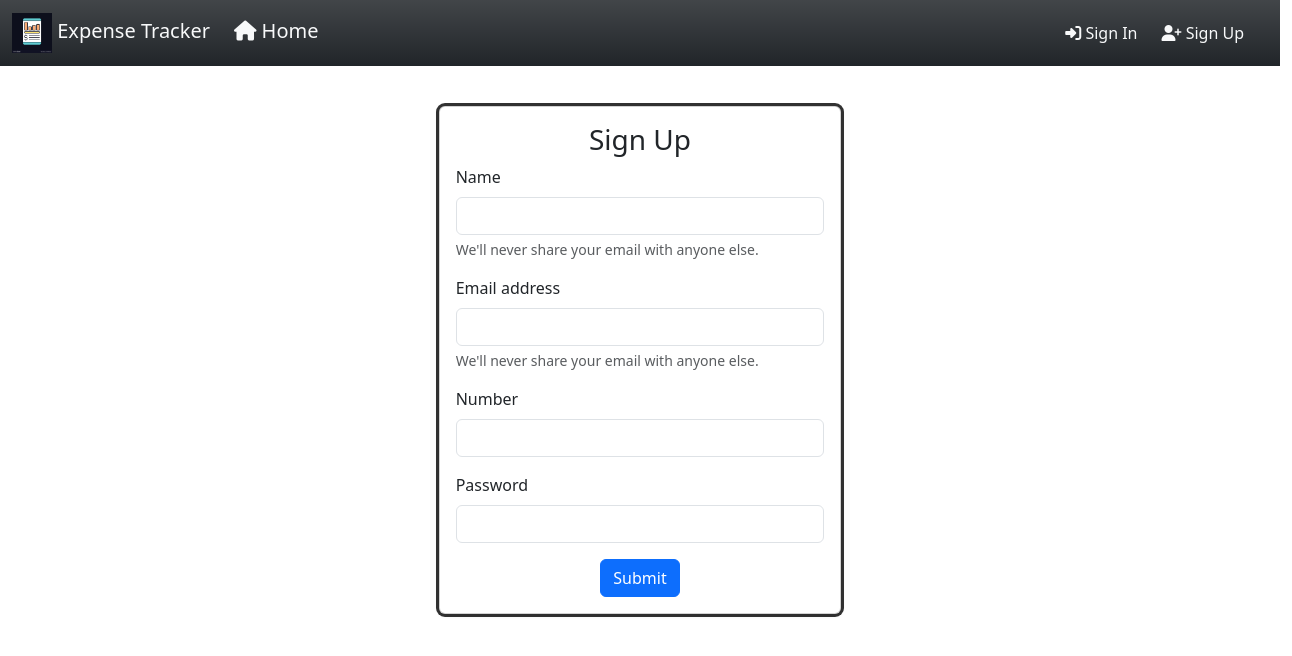
Repository: Gaurav560/OnlineExpenseTracker
Page: http://localhost/Online_Expense_Tracker/login.jsp
These files come from the project's save history. The page is drawn as it stood at one moment and after the next save; the edit follows.
The browser window is 1280 px wide. The page is 1292 px wide, so the pictures cover 1292 px, including what lies to the right of the window. The pictures show the whole page.
The page is served by Tomcat 9.

Above is the page before, as saved 2023-05-04 15:04:14.

After the next save:
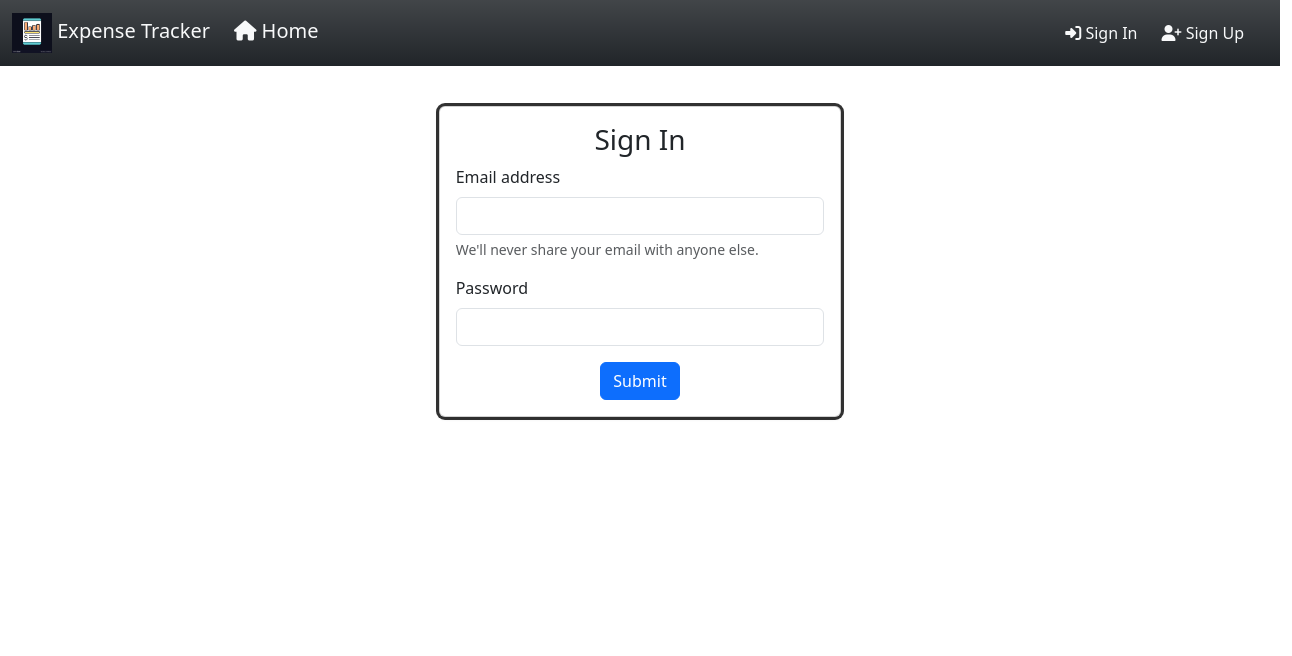
Saved 75 s later.
--- a/Online_Expense_Tracker/src/main/webapp/login.jsp
+++ b/Online_Expense_Tracker/src/main/webapp/login.jsp
@@ -21,18 +21,12 @@
 				<div class="card mt-4"
 					style="box-shadow: rgba(0, 0, 0, 0.16) 0px 1px 4px, rgb(51, 51, 51) 0px 0px 0px 3px;">
 					<div class="card-body">
-						<h3 class="card-title text-center">Sign Up</h3>
+						<h3 class="card-title text-center">Sign In</h3>
 
 						<form>
 
 
-							<div class="mb-3">
-								<label for="exampleInputName1" class="form-label">Name </label>
-								<input type="text" class="form-control" id="exampleInputName1"
-									aria-describedby="nameHelp">
-								<div id="emailHelp" class="form-text">We'll never share
-									your email with anyone else.</div>
-							</div>
+
 							<div class="mb-3">
 								<label for="exampleInputEmail1" class="form-label">Email
 									address</label> <input type="email" class="form-control"
@@ -41,12 +35,7 @@
 									your email with anyone else.</div>
 							</div>
 
-							<div class="mb-3">
-								<label for="exampleInputnumber1" class="form-label">Number
-								</label> <input type="number" class="form-control"
-									id="exampleInputNumber1" aria-describedby="numberHelp">
-								<div id="numberHelp" class="form-text"></div>
-							</div>
+
 							<div class="mb-3">
 								<label for="exampleInputPassword1" class="form-label">Password</label>
 								<input type="password" class="form-control"
